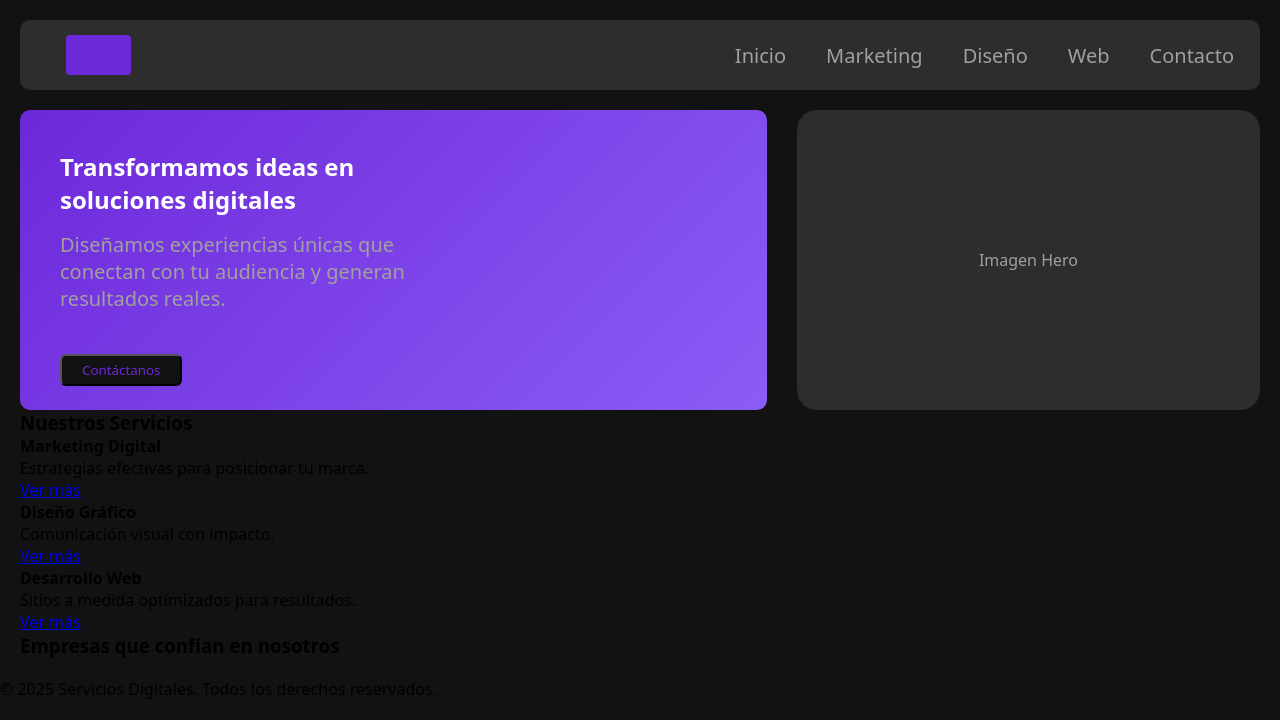
Repository: santinogarrone/TrabajoAgustin
Page: html/index.html
These files come from the project's save history. The page is drawn as it stood at one moment and after a run of saves; the edit follows.
The browser window is 1280 px wide. The pictures show the whole page.

Above is the page before, as saved 2025-04-29 19:04:53.

After the next 4 saves:
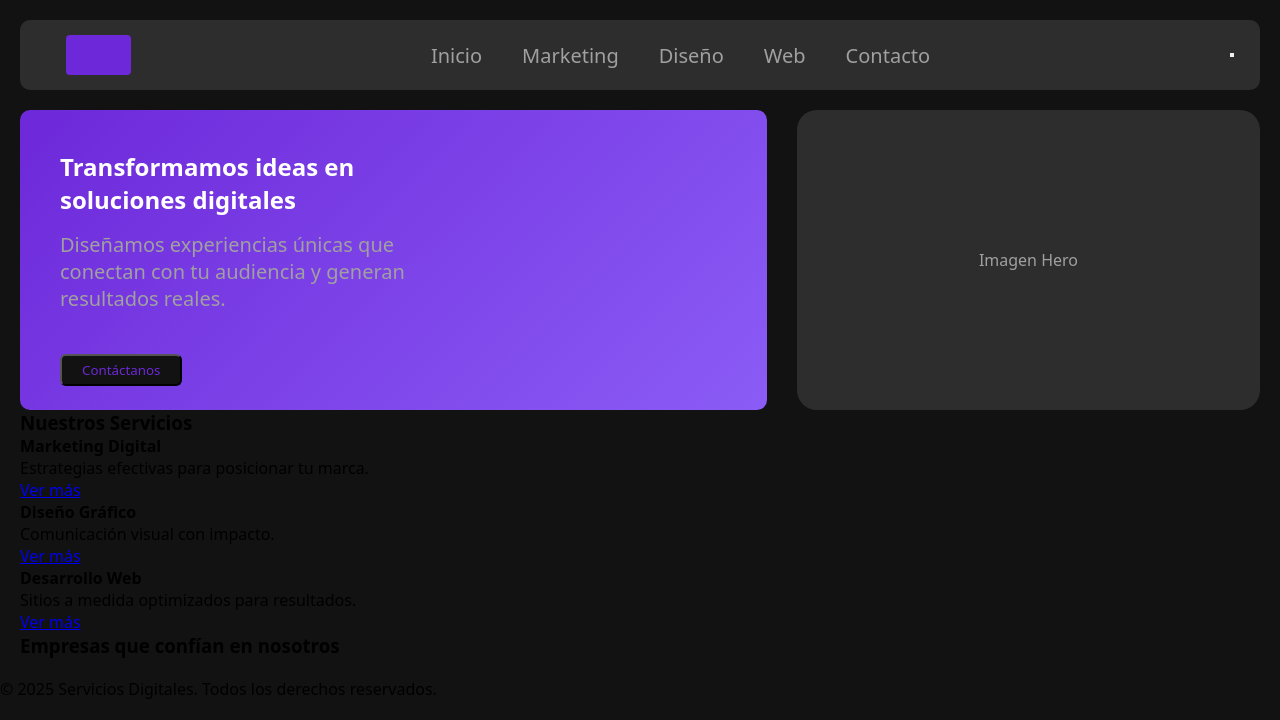
The 4 saves are shown as one change because they came seconds apart.
The last was saved 44 h 9 min later.
--- a/html/index.html
+++ b/html/index.html
@@ -15,12 +15,6 @@
             </div>
 
 
-            <button class="menu" aria-label="menu">
-                <span class="menu-linea"></span>
-                <span class="menu-linea"></span>
-                <span class="menu-linea"></span>
-            </button>
-
             <ul class="nav-list">
                 <li class="nav-item"><a href="">Inicio</a></li>
                 <li class="nav-item"><a href="">Marketing</a></li>
@@ -28,6 +22,12 @@
                 <li class="nav-item"><a href="">Web</a></li>
                 <li class="nav-item"><a href="">Contacto</a></li>
             </ul>
+
+            <button class="menu-icon" aria-label="menu">
+                <span class="menu-line"></span>
+                <span class="menu-line"></span>
+                <span class="menu-line"></span>
+            </button>
         </nav>
     </header>
         <main>
